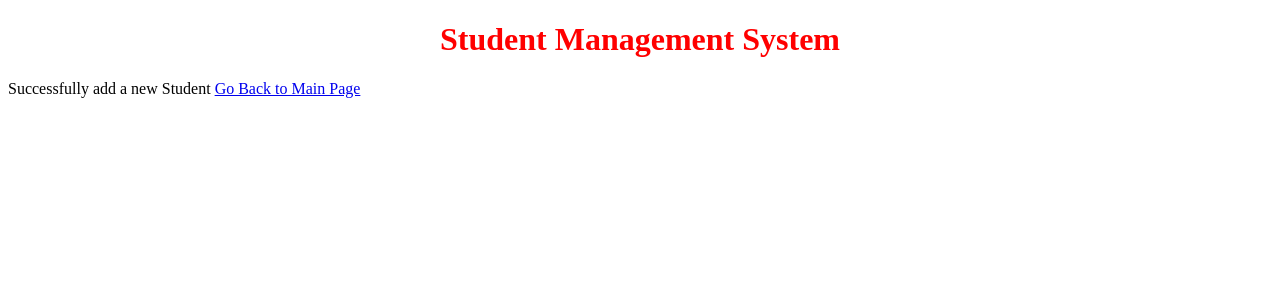
Repository: Aviligonda/Servlet_Programs
Page: http://localhost/StudentManagementSystem/addStudent.jsp
The author's editor kept a copy of each file at every save. The page is drawn from the files as they stood at one save, then again after the next save.
The browser window is 1280 px wide. The pictures show the whole page.
The page is served by Tomcat 9.

Above is the page before, as saved 2024-11-25 12:43:18.

After the next save:
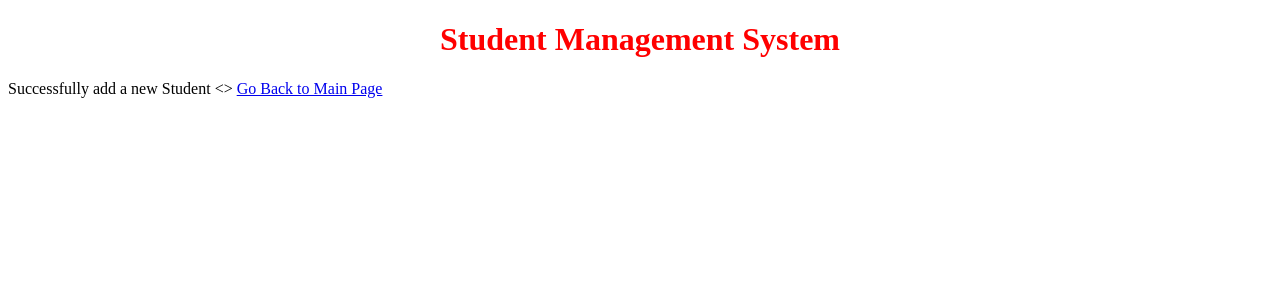
Saved 46 s later.
--- a/StudentManagementSystem/src/main/webapp/addStudent.jsp
+++ b/StudentManagementSystem/src/main/webapp/addStudent.jsp
@@ -24,7 +24,7 @@
 	pStatement.setString(3, branch);
 	pStatement.setString(4, contactNumber);
 	pStatement.execute();
-	out.println("Successfully add a new Student");
+	out.println("Successfully add a new Student <>");
 
 	%>
 	<a href = "index.jsp">Go Back to Main Page</a>
